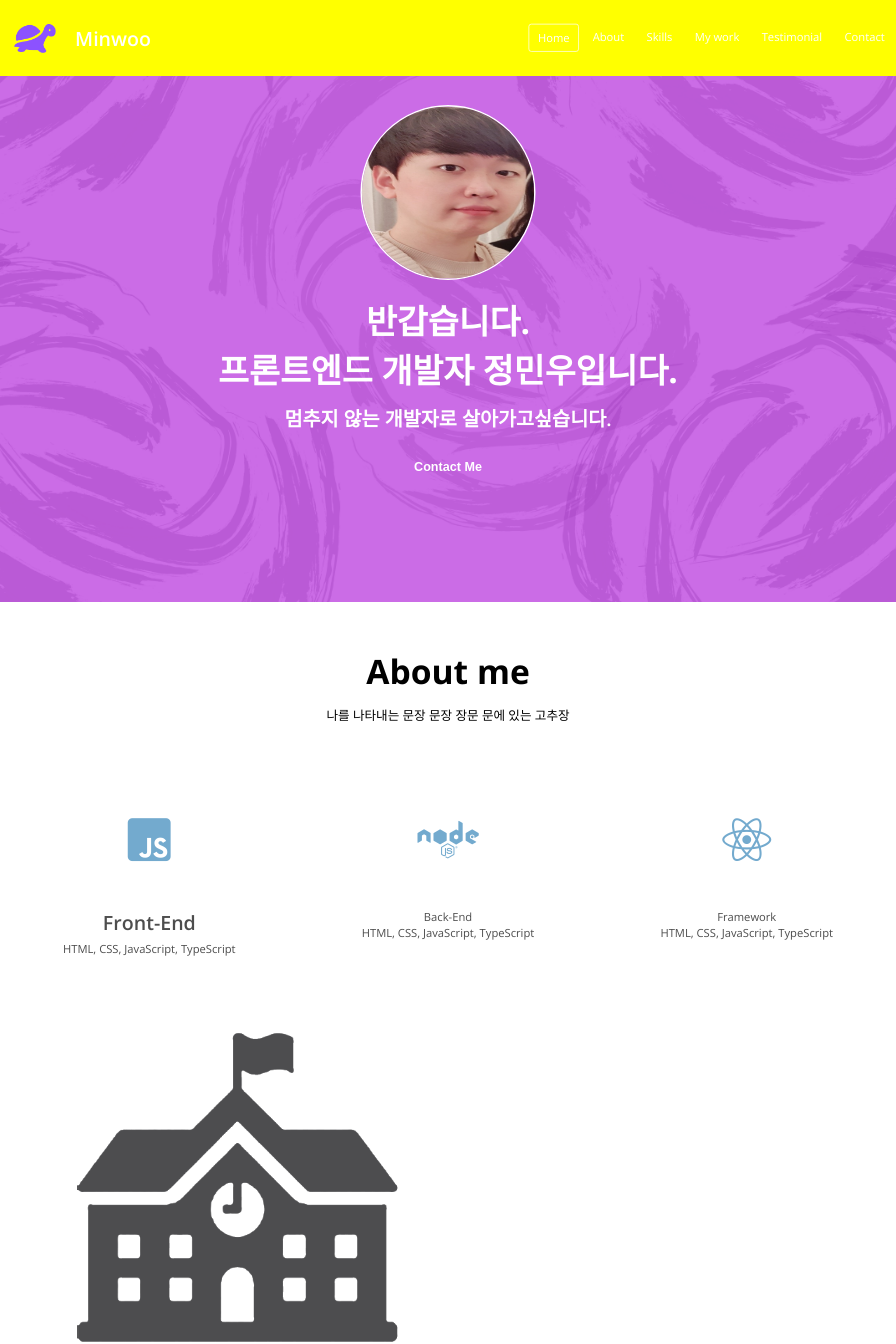
Repository: DevMinwoo-Jung/MinwooPortfolio
Page: index.html
An editor plug-in stored every save of this project. The page is shown before and after the next save, followed by the edit.
The browser window is 1280 px wide. The pictures show the part of the page from y = 0 to 1920 px (the page is 5419 px tall), at 70% of full size.

Above is the page before, as saved 2021-06-03 11:59:52.

### index.html
<!DOCTYPE html>
<html lang="en">
<head>
  <meta charset="UTF-8">
  <meta http-equiv="X-UA-Compatible" content="IE=edge">
  <meta name="viewport" content="width=device-width, initial-scale=1.0">
  <title>Minwoo's Portfolio</title>
  <meta name="description" content="(will be) world-renowned Front-End Web developer Minwoo">
  <meta name="author" content= "Minwoo Jung">
  <link rel="icon" type ="image/png" href="imgs/favicon.png">
  <link rel="stylesheet" href="https://use.fontawesome.com/releases/v5.15.3/css/all.css" integrity="sha384-SZXxX4whJ79/gErwcOYf+zWLeJdY/qpuqC4cAa9rOGUstPomtqpuNWT9wdPEn2fk" crossorigin="anonymous">
  <link rel="preconnect" href="https://fonts.gstatic.com">
<link href="https://fonts.googleapis.com/css2?family=Open+Sans:wght@400;600;700&display=swap" rel="stylesheet">
<link rel="stylesheet" href="style.css">
<script src="main.js" defer></script>
</head>
<body>
  <!-- Navbar -->
  <nav id="navbar">
    <div class="navbar__logo">
      <img src="imgs/favicon.png" alt="">
      <a href="#">Minwoo</a>
    </div>
    <div class="navbar__menu">
      <ul class="navbar__menu">
        <li class="navbar__menu__item active" data-link="#home">Home</li>
        <li class="navbar__menu__item" data-link="#about">About</li>
        <li class="navbar__menu__item" data-link="#skills">Skills</li>
        <li class="navbar__menu__item" data-link="#work">My work</li>
        <li class="navbar__menu__item" data-link="#testimonials">Testimonial</li>
        <li class="navbar__menu__item" data-link="#contact">Contact</li>
      </ul>
    </div>
  <!-- Toggle Button -->
      <button class="navbar__toggle-btn">
        <i class="fas fa-bars"></i>
      </button>
  </nav>

  <!-- Arrow Button -->
  <div class="home__arrowBtn" data-link="#home">
    <button class="home__btn">
      <i class="fas fa-bars"></i>
    </button>
  </div>


  <!-- Home -->
  <section id="home">
    <div class="home__container">
      <img src="imgs/myPhoto.jpg" alt="Minwoo's profile photo" class="home__avatar">
      <h1 class="home__title">반갑습니다. <br> 프론트엔드 개발자 정민우입니다.</h1>
      <h2 class="home__description">멈추지 않는 개발자로 살아가고싶습니다.</h2>
      <button class="home__contact" data-link="#contact">Contact Me</button>
    </div>
  </section>
  <!-- About -->
  <section id="about" class="section section__container">
    <h1>About me</h1>
    <p>나를 나타내는 문장 문장 장문 문에 있는 고추장</p>
    <div class="aoubt__majors">
      <div class="major">
        <div class="major__icon">
          <i class="fab fa-js-square"></i>
        </div>
        <h2 class="major__title">Front-End</h2>
        <div class="major__description">
          HTML, CSS, JavaScript, TypeScript
        </div>
      </div>
      <div class="major">
        <div class="major__icon">
          <i class="fab fa-node"></i>
        </div>
        <div class="major__title">Back-End</div>
        <div class="major__description">
          HTML, CSS, JavaScript, TypeScript
        </div>
      </div>
      <div class="major">
        <div class="major__icon">
          <i class="fab fa-react"></i>
        </div>
        <div class="major__title">Framework</div>
        <div class="major__description">
          HTML, CSS, JavaScript, TypeScript
        </div>
      </div>
    </div>
    <div class="aoubt__jobs">
      <div class="job">
        <img src="imgs/school.png" alt="" class="job__logo">
      </div>
      <div class="job__description">
        <p class="job__period">쌍용교육센터 - 2019.09 ~ 2020.04</p>
      </div>
      <div class="job">
        <img src="imgs/school.png" alt="" class="job__logo">
      </div>
      <div class="job__description">
        <p class="job__period">호서대학교 - 2012.02 ~ 2017.02</p>
      </div>
    </div>



  </section>
  <!-- Skills -->
  <section id="skills" class="section">
    <div class="section__container">
      <h1>Skills</h1>
      <h2>Skills & Attributes</h2>
      <p>
        나를 잘 포장할 말을 쓰면 된다
      </p>
      <div class="skillset">
        <div class="skillset__left">
          <h3 class="skillset__title">Skills</h3>
          <div class="skill">
            <div class="skill__description">
              <span>HTML</span>
              <span>90%</span>
            </div>
            <div class="skill__bar">
              <div class="skill__value" style="width: 99%;"></div>
            </div>
          </div>
          <div class="skill">
            <div class="skill__description">
              <span>JavaScript</span>
              <span>90%</span>
            </div>
            <div class="skill__bar">
              <div class="skill__value"  style="width: 99%;"></div>
            </div>
          </div>
          <div class="skill">
            <div class="skill__description">
              <span>CSS</span>
              <span>90%</span>
            </div>
            <div class="skill__bar">
              <div class="skill__value"  style="width: 90%;"></div>
            </div>
          </div>
          <div class="skill">
            <div class="skill__description">
              <span>TypeScript</span>
              <span>90%</span>
            </div>
            <div class="skill__bar">
              <div class="skill__value"  style="width: 85%;"></div>
            </div>
          </div>
          <div class="skill">
            <div class="skill__description">
              <span>NodeJs</span>
              <span>90%</span>
            </div>
            <div class="skill__bar">
              <div class="skill__value"  style="width: 80%;"></div>
            </div>
          </div>
        </div>
        <div class="skillset__right">
          <div class="tools">
            <h3 class="skillset__title">Tools</h3>
            <ul class="tools__list">
              <li><span>Visual Studio Code</span></li>
              <li><span>1</span></li>
              <li><span>2</span></li>
              <li><span>3</span></li>
              <li><span>4</span></li>
            </ul>
          </div>
          <div class="etc">
            <h3 class="skillset__title">Etc</h3>
            <ul class="etc__list">
              <li><span>Git</span></li>
              <li><span>Etc</span></li>
            </ul>
          </div>
        </div>
      </div>
    </div>
  </section>
  <!-- Work -->
  <section id="work" class="section">
<div class="section__container">
  <h1>My work</h1>
  <h3>Projects</h3>
  <div class="work__categories">
    <button class="category__btn active">All <span class="category__count">8</span></button>
    <button class="category__btn">Front-End <span class="category__count">3</span></button>
    <button class="category__btn">React <span class="category__count">2</span></button>
    <button class="category__btn">vanilaJs <span class="category__count">2</span></button>
    <button class="category__btn">nodeJs <span class="category__count">1</span></button>
  </div>
  <div class="work__projects">
    <a href="mygithub" class="project" target="blank" data-type="back-end">
    <img class="project__img" src="imgs/favicon.png" alt="project1">
    <!-- 이미지 추후에 넣자 -->
    <div class="project__description">
      <h3>Proejct</h3>
      <span>Clone coding with HTML and CSS</span>
    </div>
    </a>
    <a href="mygithub" class="project" target="blank" data-type="back-end">
      <img class="project__img" src="imgs/favicon.png" alt="project1">
      <!-- 이미지 추후에 넣자 -->
      <div class="project__description">
        <h3>Proejct</h3>
        <span>Clone coding with HTML and CSS</span>
      </div>
      </a>
      <a href="mygithub" class="project" target="blank" data-type="back-end">
        <img class="project__img" src="imgs/favicon.png" alt="project1">
        <!-- 이미지 추후에 넣자 -->
        <div class="project__description">
          <h3>Proejct</h3>
          <span>Clone coding with HTML and CSS</span>
        </div>
      </a>
      <a href="mygithub" class="project" target="blank" data-type="back-end">
        <img class="project__img" src="imgs/favicon.png" alt="project1">
        <!-- 이미지 추후에 넣자 -->
        <div class="project__description">
          <h3>Proejct</h3>
          <span>Clone coding with HTML and CSS</span>
        </div>
      </a>
      <a href="mygithub" class="project" target="blank" data-type="back-end">
        <img class="project__img" src="imgs/favicon.png" alt="project1">
        <!-- 이미지 추후에 넣자 -->
        <div class="project__description">
          <h3>Proejct</h3>
          <span>Clone coding with HTML and CSS</span>
        </div>
      </a>
      <a href="mygithub" class="project" target="blank" data-type="back-end">
        <img class="project__img" src="imgs/favicon.png" alt="project1">
        <!-- 이미지 추후에 넣자 -->
        <div class="project__description">
          <h3>Proejct</h3>
          <span>Clone coding with HTML and CSS</span>
        </div>
      </a>
      <a href="mygithub" class="project" target="blank" data-type="back-end">
        <img class="project__img" src="imgs/favicon.png" alt="project1">
        <!-- 이미지 추후에 넣자 -->
        <div class="project__description">
          <h3>Proejct</h3>
          <span>Clone coding with HTML and CSS</span>
        </div>
      </a>
      <a href="mygithub" class="project" target="blank" data-type="back-end">
        <img class="project__img" src="imgs/favicon.png" alt="project1">
        <!-- 이미지 추후에 넣자 -->
        <div class="project__description">
          <h3>Proejct</h3>
          <span>Clone coding with HTML and CSS</span>
        </div>
      </a>
  </div>
</div>
  </section>
  <!-- Testimonials -->
  <section id="testimonials" class="section">
<div class="section__container">
  <h1>Testmonials</h1>
  <h3>See what they say about me</h3>
  <div class="testimonials">
    <div class="testimonial">
      <img src="imgs/testimonail/people.jpg" alt="" class="testimonial__avatar">
      <div class="testimonail__speech-bubble">
        <p>Lorem Ipsum is simply dummy text of the printing and typesetting industry. Lorem Ipsum has been the industry's standard dummy text ever since the 1500s, when an unknown printer took a galley of type and scrambled it to make a type specimen book. It has survived not only five centuries, but also the leap into electronic typesetting, remaining essentially unchanged. It was popularised in the 1960s with the release of Letraset sheets containing Lorem Ipsum passages, and more recently with desktop publishing software like Aldus PageMaker including versions of Lorem Ipsum.</p>
        <p class="name"><a href="">이름</a>일한곳</p>
      </div>
    </div>
    <div class="testimonial">
      <div class="testimonail__speech-bubble">
        <p>Lorem Ipsum is simply dummy text of the printing and typesetting industry. Lorem Ipsum has been the industry's standard dummy text ever since the 1500s, when an unknown printer took a galley of type and scrambled it to make a type specimen book. It has survived not only five centuries, but also the leap into electronic typesetting, remaining essentially unchanged. It was popularised in the 1960s with the release of Letraset sheets containing Lorem Ipsum passages, and more recently with desktop publishing software like Aldus PageMaker including versions of Lorem Ipsum.</p>
        <p class="name"><a href="">이름</a>일한곳</p>
      </div>
      <img src="imgs/testimonail/people.jpg" alt="" class="testimonial__avatar">
    </div>
  </div>
</div>
  </section>
  <!-- Contact -->
  <section id="contact" class="section">
    <h1 class="contact__title">Let's talk</h1>
    <h2 class="contact__email">applejung312@gmail.com</h2>
    <div class="contact__links">
      <a href="https://github.com/DevMinwoo-Jung" target="_blank">
        <i class="fab fa-github"></i>
      </a>
      <a href="https://dev-minwoo.tistory.com/" target="_blank">
        <i class="fas fa-blog"></i>
      </a>
    </div>
    <p class="contact__right">
      2021 Minwoo Jung - All rights reseverd
    </p>
  </section>
</body>
</html>

### style.css
/* Global */
:root {
  /* Color */
  --color-white: #ffffff;
  --color-light-white: #eeeeee;
  --color-dark-white: #bdbdbd;
  --color-pink: #fe918d;
  --color-dark-pink: #ff6863;
  --color-dark-grey: #4d4d4d;
  --color-grey: #616161;
  --color-light-grey: #7c7979;
  --color-blue: #73aace;
  --color-yellow: #fff7d1;
  --color-orange: #feb546;
  --color-black: #000000;
  --color-dard-purple: rgb(78, 23, 69);

  /* Font size */
  --font-large: 48px;
  --font-medium: 28px;
  --font-regular: 18px;
  --font-small: 16px;
  --font-micro: 14px;

  /* Font weight */
  --weight-bold: 700;
  --weight-semi-bold: 600;
  --weight-regular: 400;

  /* Size */
  --size-border-radius: 4px;

  /* Animation Duration */
  --animation-duration: 300ms;
}

/* Universal tags */
* {
  box-sizing: border-box;
}

/* Typography */
h1 {
  font-size: var(--font-large);
  font-weight: var(--weight-bold);
  color: var(--color-black);
  margin: 16px 0px;
}

h2 {
  font-size: var(--font-medium);
  font-weight: var(--weight-semi-bold);
  color: var(--color-black);
  margin: 8px 0;
}

h3 {
  font-size: var(--font-regular);
  font-weight: var(--weight-regular);
  color: var(--color-black);
  margin: 8px 0;
}

p {
  font-size: var(--font-regular);
  font-weight: var(--weight-regular);
  color: var(--color-black);
  margin: 16px 0;
}

body {
  margin: 0;
  font-family: "Open Sans", sans-serif;
  cursor: default;
}

a {
  text-decoration: none;
  color: var(--color-white);
}

ul {
  list-style: none;
  padding-left: 0;
}

li {
  list-style: none;
}

button {
  background-color: transparent;
  cursor: pointer;
  border: none;
  outline: none;
}

/* Navbar */
#navbar {
  display: flex;
  justify-content: space-between;
  background-color: purple;
  align-items: center;
  position: fixed;
  width: 100%;
  transition: all var(--animation-duration) ease-in-out;
  z-index: 1;
}

#navbar.navbar--dark {
  background-color: rgb(150, 95, 150);
  padding: 8px;
}

.navbar__menu {
  display: flex;
}

.navbar__menu__item {
  padding: 8px 12px;
  margin: 0 4px;
  cursor: pointer;
  color: var(--color-white);
}

.navbar__menu__item.active {
  border: 1px solid var(--color-white);
  border-radius: var(--size-border-radius);
}

.navbar__menu__item:hover {
  background-color: var(--color-dard-purple);
  border-radius: var(--size-border-radius);
}

.navbar__logo {
  font-size: var(--font-medium);
  font-weight: var(--weight-semi-bold);
  color: white;
}

.navbar__logo img {
  height: 100px;
  width: 100px;
}

.navbar__logo a {
  position: relative;
  bottom: 35px;
}

.navbar__toggle-btn {
  position: absolute;
  right: 32px;
  font-size: 24px;
  color: var(--color-white);
  top: 24px;
  display: none;
}

/* Home */
#home {
  background: url("imgs/background\ Img.png") center/cover no-repeat;
  padding: 150px;
  text-align: center;
}

.home__fadeOut {
  opacity: 0.5;
  transition: all calc(var(--animation-duration)) ease-in-out;
}

.home__avatar {
  width: 250px;
  height: 250px;
  border-radius: 50%;
  border: 2px solid var(--color-white);
}

.home__title,
.home__description {
  color: var(--color-white);
}

.home__contact {
  color: var(--color-white);
  font-size: var(--font-regular);
  font-weight: var(--weight-bold);
  margin: 24px;
  padding: 8px 12px;
  border: 2px solid (var(--color-white));
  border-radius: var(--size-border-radius);
}

/* Section common */
.section {
  margin: auto;
  padding: 50px;
  text-align: center;
}

.section__container {
  max-width: 1200px;
  margin: auto;
}

/* About */
.aoubt__majors {
  display: flex;
  justify-content: space-between;
  margin: 80px 0;
}

.major__icon {
  width: 170px;
  height: 170px;
  font-size: 70px;
  line-height: 170px;
  margin: auto;
  border: 1px solid var(--color-white);
  border-radius: 50%;
  margin-bottom: 16px;
  color: var(--color-blue);
}

.major__icon i {
  transition: all var(--animation-duration) ease;
}

.major__icon:hover i {
  color: var(--color-pink);
  transform: rotate(-30deg) scale(1.1);
}

/*
.major__icon i:hover{
  이렇게하면 i에 올려났을때만 변하지만
  위처럼하면 icon에 올렸을때 i만 변한다
  color: var(--color-pink);
  transform: rotate(-30deg) scale(1.1);
} */

.major__title,
.major__description {
  color: var(--color-dark-grey);
}

.major__description {
  font-size: var(--font-small);
}

.job {
  display: flex;
  align-items: center;
}

.job__description {
  margin: 0 16px;
  text-align: left;
}

.job__name,
.job__period {
  color: var(--color-light-grey);
}

.job__name {
  font-size: var(--font-small);
}

.job__period {
  font-size: var(--font-micro);
}

/* Skill */
#skills {
  background-color: var(--color-yellow);
}

.skillset {
  display: flex;
  background-color: var(--color-light-grey);
  color: var(--color-light-white);
  margin: 20px 0;
}

.skillset__title {
  color: var(--color-white);
}

.skillset__left {
  flex-basis: 60%;
  background-color: var(--color-dark-grey);
  color: var(--color-white);
  padding: 20px 40px;
}

.skill__description {
  display: flex;
  justify-content: space-between;
}

.skillset__right {
  flex-basis: 40%;
}

.tools {
  background-color: var(--color-grey);
}

.skill__bar {
  width: 100%;
  height: 3px;
  background-color: var(--color-grey);
}

.skill {
  margin-bottom: 32px;
}

.skill__value {
  height: 3px;
  background-color: var(--color-orange);
}

.tolls,
.etc {
  padding: 20px;
}

/* Work */
.work__categories {
  margin: 40px;
}

.category__btn {
  border: 1px solid var(--color-dark-grey);
  border-radius: var(--size-border-radius);
  font-size: var(--font-regular);
  padding: 8px 48px;
}

.category__btn.active,
.category__btn:hover {
  background-color: var(--color-pink);
  color: var(--color-white);
}

.category__btn.active,
.category__count,
.category__btn:hover .category__count {
  opacity: 1;
  top: 0;
}
.category__count {
  background-color: var(--color-orange);
  border-radius: 50%;
  color: var(--color-white);
  width: 24px;
  height: 24px;
  display: inline-block;
  line-height: 24px;
  position: relative;
  top: -20px;
  left: 4px;
  opacity: 0;
  transition: all var(--animation-duration);
}

.work__projects {
  display: flex;
  flex-wrap: wrap;
  justify-content: center;
}

.project {
  width: 280px;
  display: flex;
  justify-content: center;
  align-items: center;
  height: 250px;
  margin: 2px;
  background-color: var(--color-light-white);
  position: relative;
}

.project__img {
  max-width: 100%;
  max-height: 100%;
  align-self: center;
}

.project__description {
  position: absolute;
  top: 0;
  left: 0;
  width: 100%;
  height: 100%;
  display: flex;
  flex-direction: column;
  justify-content: center;
  opacity: 0;
  transition: all var(--animation-duration) ease-in;
  transform: translateY(10px);
  background-color: black;
}

.project:hover .project__description {
  opacity: 0.8;
  transform: translateY(0px);
}

.project__description h3 {
  color: var(--color-white);
}

.project__description h3:after {
  content: "";
  display: block;
  position: relative;
  width: 25px;
  height: 25px;
  left: 50%;
  margin-left: -12px;
  background-color: var(--color-dark-white);
}

/* Testimonial */
#testimonials {
  background-color: var(--color-dark-white);
}

.testimonials {
  margin: 40px;
}

.testimonial {
  display: flex;
  margin: 32px 0;
}

.testimonial__avatar {
  width: 150px;
  height: 150px;
  border-radius: 50%;
}

.testimonial__avatar:nth-child(odd) {
  margin-right: 40px;
}

.testimonial__avatar:nth-child(even) {
  margin-left: 40px;
}

.testimonail__speech-bubble {
  padding: 18px;
  background-color: var(--color-white);
  border-radius: var(--size-border-radius);
}

.testimonail__speech-bubble p {
  color: var(--color-light-grey);
}

.testimonail__speech-bubble a {
  color: var(--color-pink);
}

/* Contact */

#contact {
  background-color: var(--color-pink);
}

.contact__title,
.contact__email,
.contact__rights {
  color: var(--color-white);
}

.contact__title {
  margin: 32px 0;
}

.contact__links {
  font-size: var(--font-large);
  margin: 24px 0;
}

.contact__links i:hover {
  transform: scale(1.1);
  color: var(--color-yellow);
  transition: all var(--animation-duration) ease-in;
}

.home__arrowBtn {
  top: 90%;
  left: 90%;
  position: fixed;
}

.home__arrowBtn--hide {
  display: none;
}

@media screen and (max-width: 768px) {
  .navbar__toggle-btn {
    display: block;
  }
  #navbar {
    flex-direction: column;
    align-items: flex-start;
    transition: 0.4s;
  }
  .navbar__menu {
    flex-direction: column;
    text-align: center;
    width: 100%;
    display: block;
  }

  .about__majors {
    flex-direction: column;
  }

  .major {
    margin-bottom: 38px;
  }

  .skillset {
    flex-direction: column;
  }

  .project {
    flex-grow: 1;
  }

  .testimonail__avatar {
    width: 80px;
    height: 80px;
  }
}

### main.js
'use strict'

// const scroll = window.scrollY; // 0 ~
// const navbar = document.getElementById('navbar').getBoundingClientRect().height; // 139


// Make navbar tranparent when it is on the top
const navbar = document.querySelector('#navbar');
const navbarHeight = navbar.getBoundingClientRect().height;

document.addEventListener('scroll', () => {
  if(window.scrollY > navbar){
    navbar.classList.add('navbar--dark');
  } else {
    document.getElementById('navbar').style.backgroundColor = 'yellow'
    navbar.classList.remove('navbar--dark');
  }
});


// handle scroll when click navbar menu
// navbar가 메뉴 가림 추후 해결 해야함 2021.06.02
const navbarMenu = document.querySelector('.navbar__menu');
navbarMenu.addEventListener('click', (event) => {
  const target = event.target;
  const link = target.dataset.link;
  if(link == null){
    return;
  }
  scollIntoView(link);
});


// handle scroll when click contact
const contactMe = document.querySelector('.home__contact');
contactMe.addEventListener('click', () => {
  scollIntoView('#contact');
});


// home contents is faded out when scroll down
const homeContents = document.querySelector('.home__container');
const homeHeight = homeContents.getBoundingClientRect().height;
document.addEventListener('scroll', () => {
  homeContents.style.opacity = 1 - window.scrollY / homeHeight;
});


// appears arrow button after scrolling down
const arrowBtn = document.querySelector('.home__btn');
document.addEventListener('scroll', () => {
  if(window.scrollY > homeHeight){
    arrowBtn.classList.remove('home__arrowBtn--hide');
  } else {
    arrowBtn.classList.add('home__arrowBtn--hide');
  }
});

// go to home when click arrow button
document.addEventListener('click', () => {
  scollIntoView('#home');
});

// functions
function scollIntoView(selector){
  const scrollTo = document.querySelector(selector);
  scrollTo.scrollIntoView({ behavior: 'smooth'});
}

After the next save:
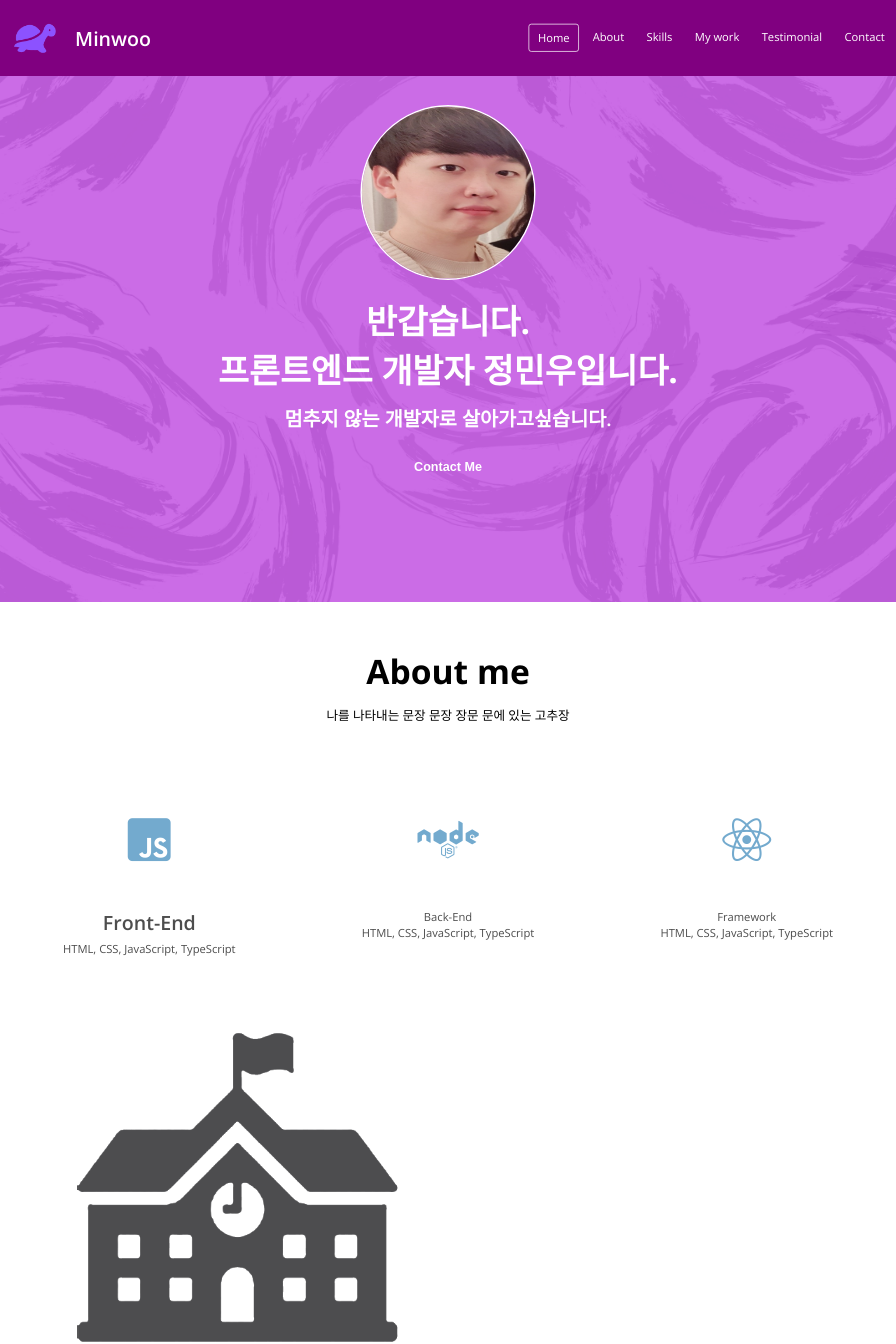
Saved 15 s later.
--- a/main.js
+++ b/main.js
@@ -12,7 +12,7 @@ document.addEventListener('scroll', () => {
   if(window.scrollY > navbar){
     navbar.classList.add('navbar--dark');
   } else {
-    document.getElementById('navbar').style.backgroundColor = 'yellow'
+    document.getElementById('navbar').style.backgroundColor = 'purple'
     navbar.classList.remove('navbar--dark');
   }
 });
